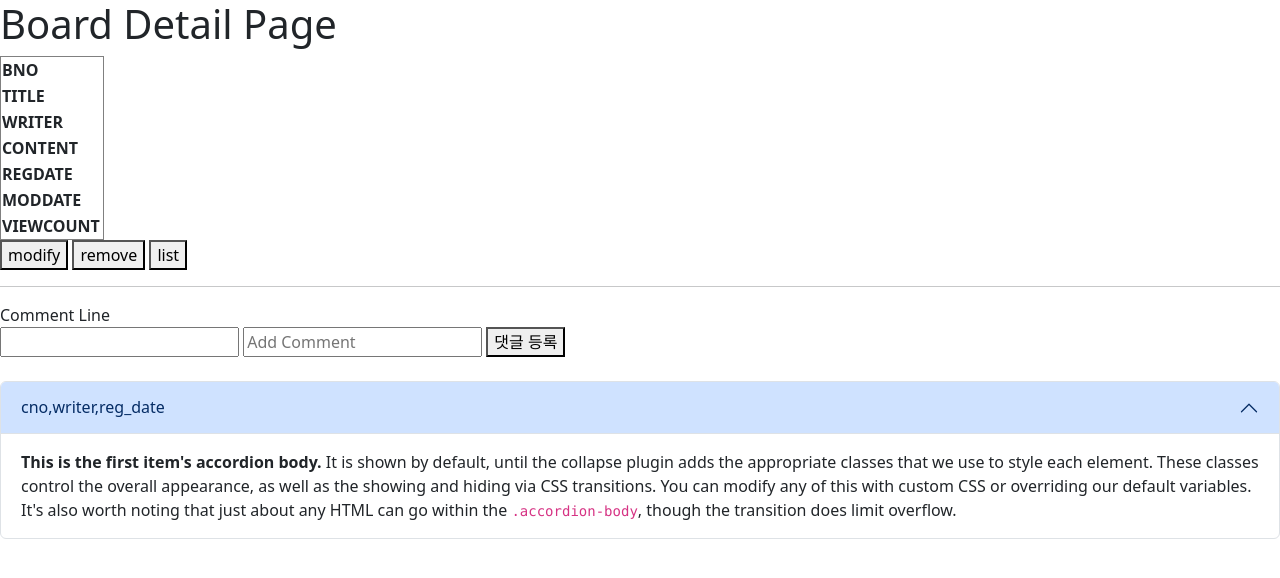
Repository: dfhdfhdfsza/_jsp_workspace3
Page: http://localhost/jsp_project/board/detail.jsp
The author's editor kept a copy of each file at every save. The page is drawn from the files as they stood at one save, then again after the next save.
The browser window is 1280 px wide. The pictures show the whole page.
The page is served by Tomcat 9. Other server files are loaded and not shown. The template is opened directly, without the code that normally fills it, so the values that code supplies are empty.

Above is the page before, as saved 2023-09-15 08:49:42.

### jsp_project/src/main/webapp/board/detail.jsp
<%@ page language="java" contentType="text/html; charset=UTF-8"
    pageEncoding="UTF-8"%>
<!DOCTYPE html>
<html>
<head>
<meta charset="UTF-8">
<title>Insert title here</title>
<link href="https://cdn.jsdelivr.net/npm/bootstrap@5.3.1/dist/css/bootstrap.min.css" rel="stylesheet" integrity="sha384-4bw+/aepP/YC94hEpVNVgiZdgIC5+VKNBQNGCHeKRQN+PtmoHDEXuppvnDJzQIu9" crossorigin="anonymous">
<script src="https://cdn.jsdelivr.net/npm/bootstrap@5.3.1/dist/js/bootstrap.bundle.min.js" integrity="sha384-HwwvtgBNo3bZJJLYd8oVXjrBZt8cqVSpeBNS5n7C8IVInixGAoxmnlMuBnhbgrkm" crossorigin="anonymous"></script>
</head>
<body>
	<h1>Board Detail Page</h1>
	<table border="1">
		<tr>
			<th>BNO</th>
			<td>${bvo.bno}</td>
		</tr>
		<tr>
			<th>TITLE</th>
			<td>${bvo.title}</td>
		</tr>
		<tr>
			<th>WRITER</th>
			<td>${bvo.writer}</td>
		</tr>
		<tr>
			<th>CONTENT</th>
			<td>${bvo.content}</td>
		</tr>
		<tr>
			<th>REGDATE</th>

			<td>${bvo.regdate}</td>
		</tr>
		<tr>
			<th>MODDATE</th>
			<td>${bvo.moddate}</td>
		</tr>
		<tr>
			<th>VIEWCOUNT</th>
			<td>${bvo.viewcnt}</td>
		</tr>
	</table>
	<a href="/brd/modify?bno=${bvo.bno}"><button type="button">modify</button></a>
	<a href="/brd/remove?bno=${bvo.bno}"><button type="button">remove</button></a>
	<a href="/brd/list"><button type="button">list</button></a>

	<br><hr>
	<div>
		Comment Line <br>
		<input type="text" id="cmtWriter" value="${ses.id}" readonly="readonly"> <!-- 비동기방식에서는 name을 달지 않고 id를 달아준다 -->
		<input type="text" id="cmtText" placeholder="Add Comment">
		<button type="button">댓글 등록</button>
	</div>
	<br>
	<!-- 댓글 표시라인 -->
	<div class="accordion" id="accordionExample">
		<!-- 댓글 아이템 1개 표시영역 -->
  		<div class="accordion-item">
    	<h2 class="accordion-header">
      		<button class="accordion-button" type="button" data-bs-toggle="collapse" data-bs-target="#collapseOne" aria-expanded="true" aria-controls="collapseOne">
       		 	cno,writer,reg_date
      		</button>
    	</h2>
    	<div id="collapseOne" class="accordion-collapse collapse show" data-bs-parent="#accordionExample">
      		<div class="accordion-body">
        		<strong>This is the first item's accordion body.</strong> It is shown by default, until the collapse plugin adds the appropriate classes that we use to style each element. These classes control the overall appearance, as well as the showing and hiding via CSS transitions. You can modify any of this with custom CSS or overriding our default variables. It's also worth noting that just about any HTML can go within the <code>.accordion-body</code>, though the transition does limit overflow.
      		</div>
    	</div>
  		</div>
  	</div>

</body>
</html>

After the next save:
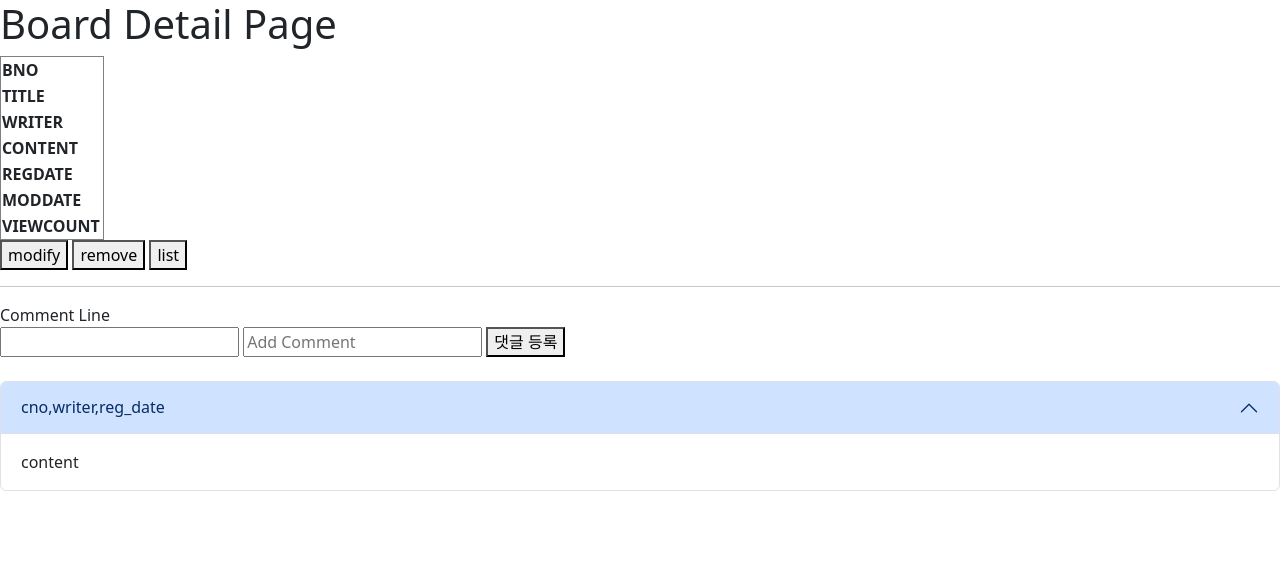
Saved 22 s later.
--- a/jsp_project/src/main/webapp/board/detail.jsp
+++ b/jsp_project/src/main/webapp/board/detail.jsp
@@ -64,7 +64,7 @@
     	</h2>
     	<div id="collapseOne" class="accordion-collapse collapse show" data-bs-parent="#accordionExample">
       		<div class="accordion-body">
-        		<strong>This is the first item's accordion body.</strong> It is shown by default, until the collapse plugin adds the appropriate classes that we use to style each element. These classes control the overall appearance, as well as the showing and hiding via CSS transitions. You can modify any of this with custom CSS or overriding our default variables. It's also worth noting that just about any HTML can go within the <code>.accordion-body</code>, though the transition does limit overflow.
+        		content
       		</div>
     	</div>
   		</div>
